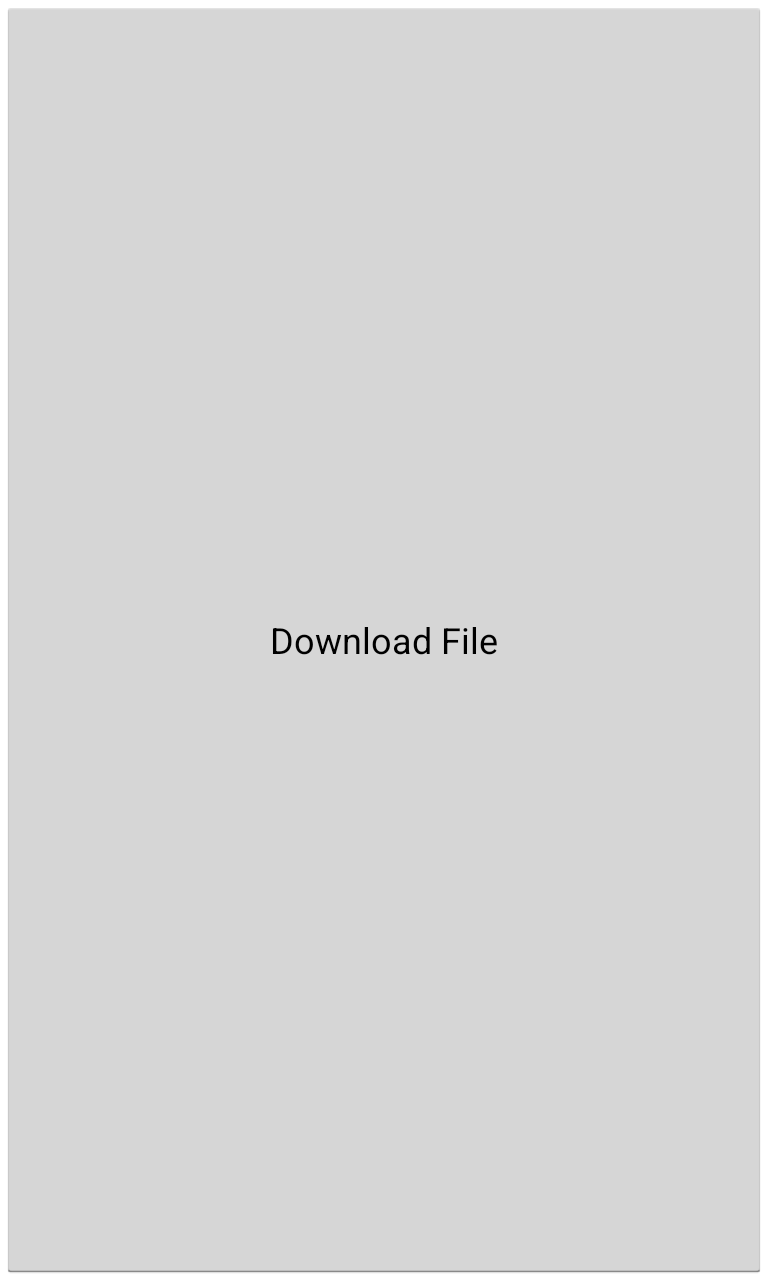
Repository: ChenLongAHXC/AndroidPractice
Layout: Download/res/layout/activity_main.xml
These files come from the project's save history. The layout is drawn as it stood at one moment and after a run of saves; the edit follows.
It is drawn on a 768 x 1280 px phone screen (xhdpi) without system bars, with theme AppTheme; the app's code is not run.

Above is the layout before, as saved 2014-03-06 15:04:10.

After the next 2 saves:
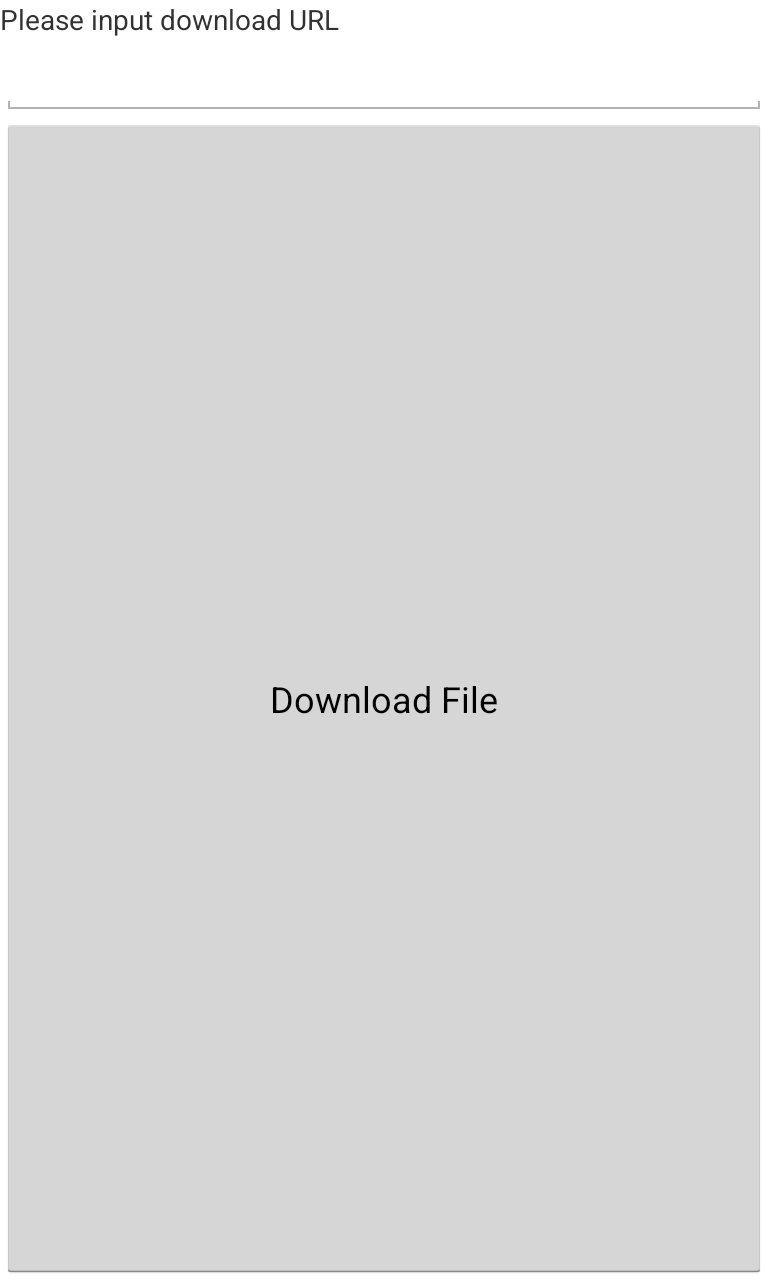
The 2 saves are shown as one change because 1 did not build or start.
The last was saved 9 s later.
--- a/Download/res/layout/activity_main.xml
+++ b/Download/res/layout/activity_main.xml
@@ -3,6 +3,15 @@
     android:layout_width="fill_parent"
     android:layout_height="match_parent"
     android:orientation="vertical">
+
+    <TextView android:id="@+id/prompt"
+        android:layout_width="fill_parent"
+        android:layout_height="wrap_content"
+        android:text="@string/prompt"/>
+    <EditText
+        android:id="@+id/urlPath"
+        android:layout_width="fill_parent"
+        android:layout_height="wrap_content"/>
 
 	<Button
 	    android:id="@+id/downloadFile"
